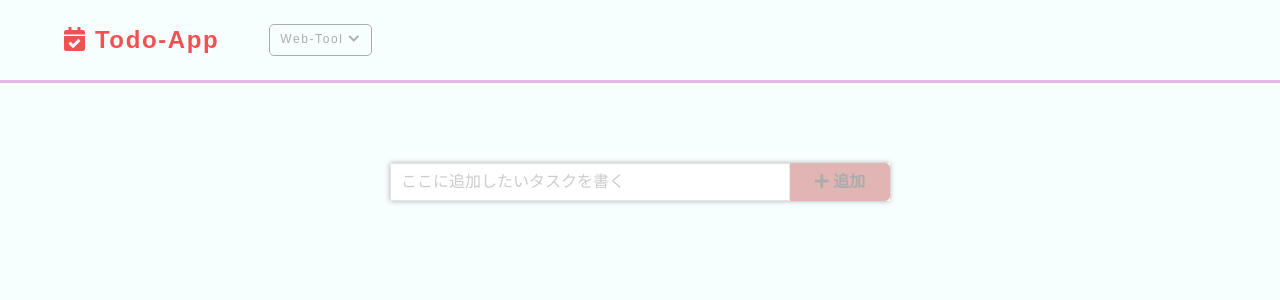
Repository: Hiroshii-m/todo_vue
Page: index.html
The author's editor kept a copy of each file at every save. The page is drawn from the files as they stood at one save, then again after the next save.
The browser window is 1280 px wide. The pictures show the whole page.
The style sheet was rebuilt from its Sass, Less or Tailwind sources for each picture, by a compiler version that may differ from the author's.

Above is the page before, as saved 2021-06-26 18:28:57.

### index.html
<!DOCTYPE html>
<html lang="ja">
<head>
    <meta charset="UTF-8">
    <meta http-equiv="X-UA-Compatible" content="IE=edge">
    <meta name="viewport" content="width=device-width, initial-scale=1.0">
    <link rel="stylesheet" href="node_modules/@fortawesome/fontawesome-free/css/all.css">
    <link rel="stylesheet" href="dist/css/style.css">
    <title>TODO APP Vue</title>
</head>
<body class="u-bgColor-base">

    <!-- header -->
    <header id="l-header" class="u-border-bottom">
        <div class="c-header">
            <h2 class="c-header__home">
                <i class="fas fa-calendar-check"></i>
                <a class="c-header__text" href="">Todo-App</a>
            </h2>
            <h3 class="c-header__other">
                Web-Tool
                <i class="fas fa-chevron-down"></i>
            </h3>
        </div>
    </header><!-- /header -->

    <!-- main -->
    <section id="l-main">
        <div class="c-main">
            <div id="l-addTask">
                <div class="c-addTask">
                    <input type="text" class="c-addTask__input" placeholder="ここに追加したいタスクを書く">
                    <button class="c-addTask__add">
                        <i class="fas fa-plus"></i>
                        追加
                    </button>
                </div>
            </div>
            <div id="l-search"></div>
            <div id="l-list"></div>
        </div>
    </section>
    <!-- /main -->

</body>
</html>

### src/scss/style.scss

// ======================================
// foundation
// ======================================
@use 'foundation/reset';
@use 'foundation/variables';
@use 'foundation/base';
// ======================================
// layout
// ======================================
#l-header {
    width: 100%;
}
#l-main {
    padding: 80px;
}
// ======================================
// object
// ======================================
// Component
// **************************************
.c-header {
    width: 90%;
    height: 80px;
    margin: 0 auto;
    display: flex;
    align-items: center;
    &__home {
        margin-right: 50px;
        font-weight: bold;
        color: var(--color_red);
        font-size: var(--font-size_xl);
    }
    &__other {
        font-size: var(--font-size_s);
        padding: var(--space_s) var(--space_m);
        border: 1px solid var(--font-color_default);
        border-radius: 5px;
        cursor: pointer;
    }
}
.c-main {
    width: var(--site-width_xxl);
    margin: 0 auto;
}
.c-addTask {
    display: flex;
    max-width: 500px;
    margin: 0 auto;
    box-shadow: 0px 0px 5px ;
    &__input {
        width: 80%;
        padding: 5px 10px;
        border: 1px solid var(--border-color_default);
        border-radius: 2px;
    }
    &__add {
        width: 20%;
        text-align: center;
        background: var(--color_pink);
        padding: var(--space_s) var(--space_m);
        font-weight: bold;
        border-radius: 0 5px 5px 0;
    }
}
// Project
// **************************************
// Utility
// **************************************
.u-border {
    &-bottom {
        border-bottom: 3px solid var(--color_accent);
    }
}
.u-bgColor {
    &-base {
        background: var(--color_base);
    }
}

### src/scss/foundation/_variables.scss
:root {
    --font-color_default: #acacac;
    --color_base: #F7FFFE;
    --color_accent: #E3B6E5;
    --color_green: #C3E8C7;
    --color_sky: #C8E4F4;
    --color_red: #F05252;
    --color_blue: #25A1EF;
    --color_pink: #e2b5b5;
    --border-color_default: #E6E6E6;


    --site-width_xxl: 780px;
    --site-width_xl: 680px;
    --site-width_md: 580px;
    --site-width_ms: 414px;

    --font-size_s: 12px;
    --font-size_m: 14px;
    --font-size_default: 16px;
    --font-size_l: 18px;
    --font-size_xl: 24px;
    --font-size_xxl: 28px;
    --font-size_3l: 38px;


    --space_s: 5px;
    --space_m: 10px;
    --space_l: 15px;
    --space_xl: 20px;
    --space_xxl: 30px;
    --space_3l: 40px;

    --font-family_default: "メイリオ", sans-serif;
}

### src/scss/foundation/_base.scss
html, body {
    width: 100%;
    color: var(--font-color_default);
    line-height: 1.6;
    font-family: var(--font-family_default);
    letter-spacing: 0.1em;
}

p, a {
    -webkit-font-smoothing: antialiased;
}

img {
    width: 100%;
    height: 100%;
    vertical-align: bottom;
    object-fit: cover;
}

input {
    display: block;
    width: 100%;
    background: #fff;
}

textarea {
    resize: vertical;
    height: 30px;
}

::placeholder {
    color: #ccc;
}

iframe {
    width: 100%;
}

i {
    cursor: pointer;
}

Loaded but not shown: node_modules/@fortawesome/fontawesome-free/css/all.css (library); src/scss/foundation/_reset.scss (common file)

After the next save:
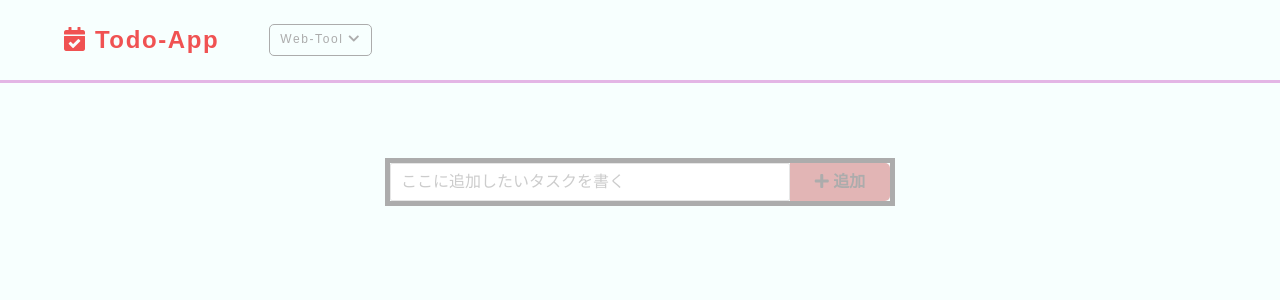
Saved 10 s later.
--- a/src/scss/style.scss
+++ b/src/scss/style.scss
@@ -47,7 +47,7 @@
     display: flex;
     max-width: 500px;
     margin: 0 auto;
-    box-shadow: 0px 0px 5px ;
+    box-shadow: 0px 0px 0px 5px;
     &__input {
         width: 80%;
         padding: 5px 10px;
